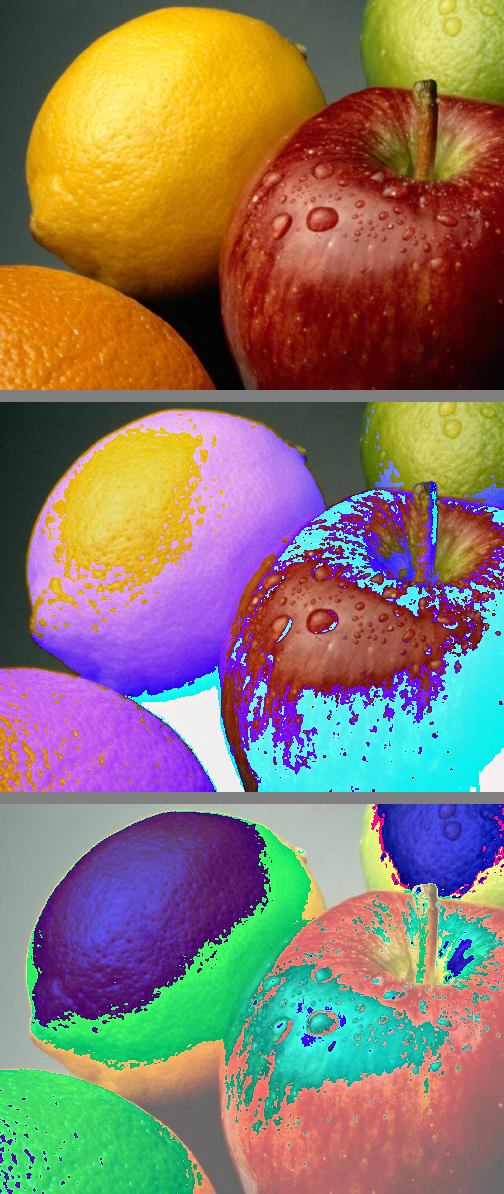
Repository: Dapravith/I5-GIC-Image-Processing
Script's output: python ROTHA_Dapravith_e20190915_TP5.py
An editor plug-in stored every save of this project. The script's output is shown before and after the next save, followed by the edit.
Each picture stacks the figures in order, with grey between them; figures that are only written to a file come last. Random numbers start from a fixed seed. It also reads images/fruit3.jpg.

Above is the script's output before, as saved 2024-01-18 09:59:59.

### ROTHA_Dapravith_e20190915_TP5.py
import cv2 as cv
import numpy as np
img = cv.imread("images/fruit3.jpg")
image = cv.imshow("Image",img)

def darkness():
    darkness =np.copy(img)
    # set modify values
    modify_value= 20
    for x in range(len(img)):
        for y in range(len(img[x])):
            #Operation
            new_R = img[x,y,2] - modify_value
            new_G = img[x,y,1] - modify_value
            new_B = img[x,y,0] - modify_value
            # check condition of the intensity which is smaller than 0
            if new_B < 0:
                new_B = 0
            if new_G < 0:
                new_G=0
            if new_R <0:
                new_R=0
            #Add new intensity which has modified value
            darkness[x,y] = [new_B,new_G,new_R]
    cv.imshow("Darkness Image",darkness)

def brightness():
    brightness= np.copy(img)
    modify_value= 100
    for x in range(len(img)):
        for y in range(len(img[x])):
            #Operation
            new_R = modify_value + img[x,y,2]
            new_G = modify_value + img[x,y,1]
            new_B = modify_value + img[x,y,0]
            # check condition of the intensity which is bigger than 255
            if new_B > 255:
                new_B = 255
            if new_G > 255:
                new_G = 255
            if new_R > 255:
                new_R = 255
            #Add new intensity which has modified value
            brightness[x,y] = [new_B,new_G,new_R]
    cv.imshow("Brightness Image",brightness)

image
darkness()
brightness()
cv.waitKey(0)

After the next save:
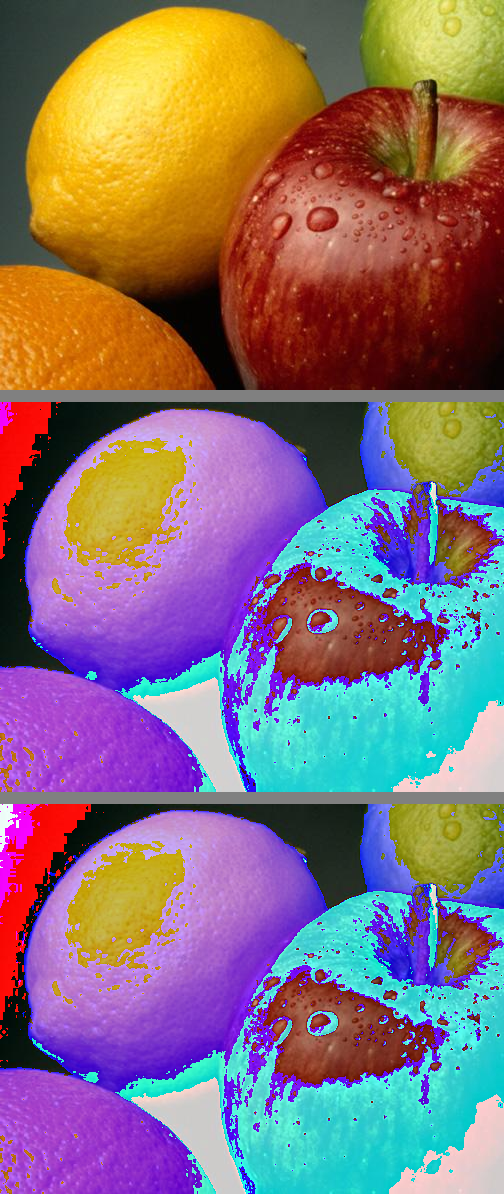
Saved 80 s later.
--- a/ROTHA_Dapravith_e20190915_TP5.py
+++ b/ROTHA_Dapravith_e20190915_TP5.py
@@ -6,7 +6,7 @@ image = cv.imshow("Image",img)
 def darkness():
     darkness =np.copy(img)
     # set modify values
-    modify_value= 20
+    modify_value= 50
     for x in range(len(img)):
         for y in range(len(img[x])):
             #Operation
@@ -26,7 +26,7 @@ def darkness():
 
 def brightness():
     brightness= np.copy(img)
-    modify_value= 100
+    modify_value= 200
     for x in range(len(img)):
         for y in range(len(img[x])):
             #Operation
